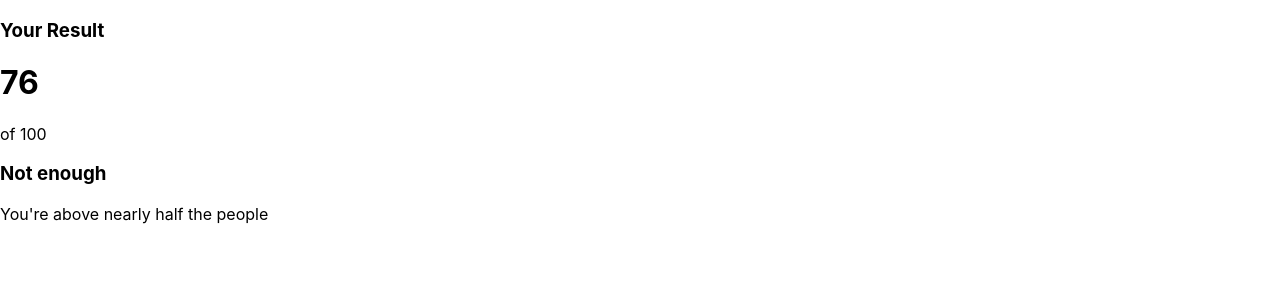
Repository: JeanPaulBassil/Result-Summary-Design
Page: /
The author's editor kept a copy of each file at every save. The page is drawn from the files as they stood at one save, then again after the next save.
The browser window is 1280 px wide. The pictures show the whole page.
The project was rebuilt for these pictures with package versions that can differ from the ones it lists, and the page was loaded fresh each time.

Above is the page before, as saved 2023-02-24 15:11:04.

### src/App.js
import Result from "./Components/Result/Result"
import Summary from "./Components/Summary/Summary"

export default function App() {
    return (
        <div className="app">
            <Result />
            <Summary />
        </div>
    )
};

### src/Components/Result/Result.js
import Description from "../Description/Description";
import Grade from "../Grade/Grade";
import data from "../../data.json";

export default function Result() {
    const score = Math.floor(data.reduce((totalGrade, category) => totalGrade + category.score , 0) / data.length)

    return (
        <div className="result">
            <h3>Your Result</h3>
            <Grade score={score}/>
            <Description score={score}/>
        </div>
    )
};

### src/Components/Summary/Summary.js
import data from "../../data.json"

export default function Summary() {
    return (
        <div className="summary">

        </div>
    )
};

### src/Components/Description/Description.js
export default function Description({score}) {
    const performance = _ => {
        if (score >= 90) return ['Excellent', 'You scored higher than 85% of people']
        else if (score >= 80) return ['Great', 'You scored higher than 65% of people']
        else if (score >= 70) return ['Not enough', "You're above nearly half the people"]
        else return ['Fail', 'Most people passed over you']
    }

    return (
        <div className="description">
        <h3>{performance()[0]}</h3>
        <p>{performance()[1]}</p>

        </div>
    )
};

### src/Components/Grade/Grade.js
export default function Grade({score}) {
    return (
        <div className="grade">
            <h1>{score}</h1>
            <p>of 100</p>
        </div>
    )
};

Loaded but not shown: public/index.html (common file); src/index.js (common file); src/index.css (common file); src/data.json (common file)

After the next save:
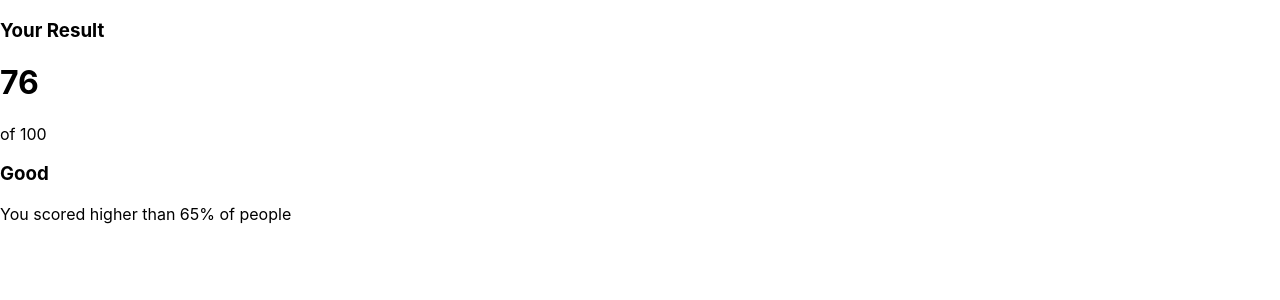
Saved 52 s later.
--- a/src/Components/Description/Description.js
+++ b/src/Components/Description/Description.js
@@ -1,8 +1,9 @@
 export default function Description({score}) {
     const performance = _ => {
         if (score >= 90) return ['Excellent', 'You scored higher than 85% of people']
-        else if (score >= 80) return ['Great', 'You scored higher than 65% of people']
-        else if (score >= 70) return ['Not enough', "You're above nearly half the people"]
+        else if (score >= 80) return ['Great', 'You scored higher than 75% of people']
+        else if (score >= 70) return ['Good', "You scored higher than 65% of people"]
+        else if (score >= 60) return ['Not enough', "You're above nearly half the people"]
         else return ['Fail', 'Most people passed over you']
     }
 
